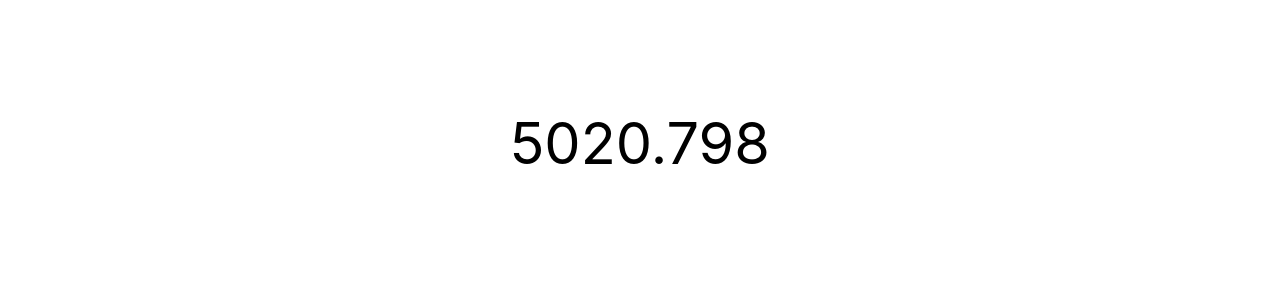
Repository: michalgornicki/bitcoin-virtual
Page: /
An editor plug-in stored every save of this project. The page is shown before and after a run of saves, followed by the edit.
The browser window is 1280 px wide. The pictures show the whole page.
The project was rebuilt for these pictures with package versions that can differ from the ones it lists, and the page was loaded fresh each time.

Above is the page before, as saved 2021-12-05 20:25:32.

After the next 2 saves:
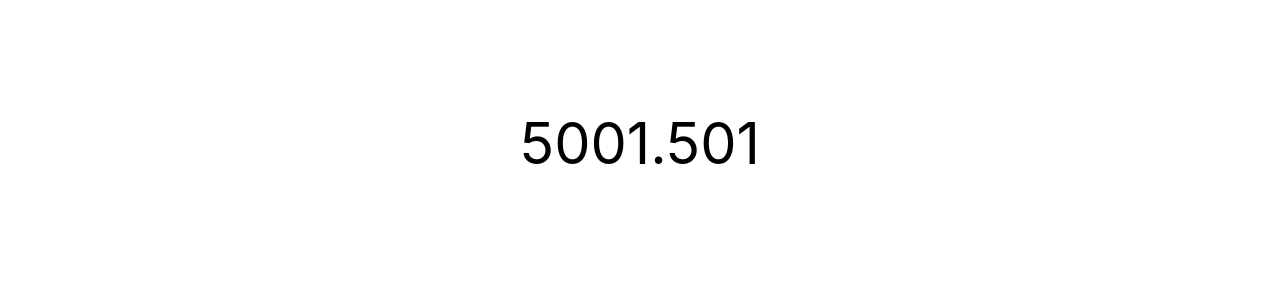
The 2 saves are shown as one change because they came seconds apart.
The last was saved 16 s later.
--- a/src/App.jsx
+++ b/src/App.jsx
@@ -8,7 +8,7 @@
 
 const setPrice = () => {
   let randomNumber = parseFloat((Math.random()*10).toFixed(3));
-  setBitcoinPrice(bitcoinPrice => parseFloat((bitcoinPrice + randomNumber).toFixed(3)));
+  setBitcoinPrice(() => parseFloat((bitcoinPrice + randomNumber).toFixed(3)));
   setTimeout(setPrice, 1000)
 }
 

After the 2 saves that followed:
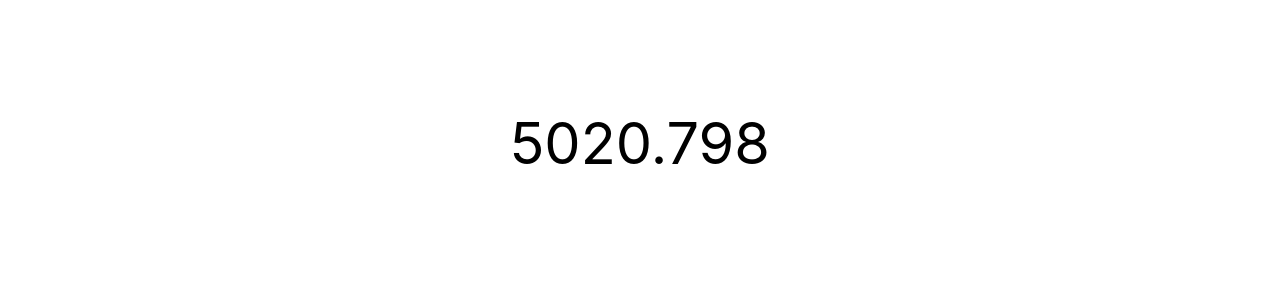
The 2 saves are shown as one change because they came seconds apart.
The last was saved 14 s later.
--- a/src/App.jsx
+++ b/src/App.jsx
@@ -8,7 +8,7 @@
 
 const setPrice = () => {
   let randomNumber = parseFloat((Math.random()*10).toFixed(3));
-  setBitcoinPrice(() => parseFloat((bitcoinPrice + randomNumber).toFixed(3)));
+  setBitcoinPrice(bitcoinPrice => parseFloat((bitcoinPrice + randomNumber).toFixed(3)));
   setTimeout(setPrice, 1000)
 }
 
